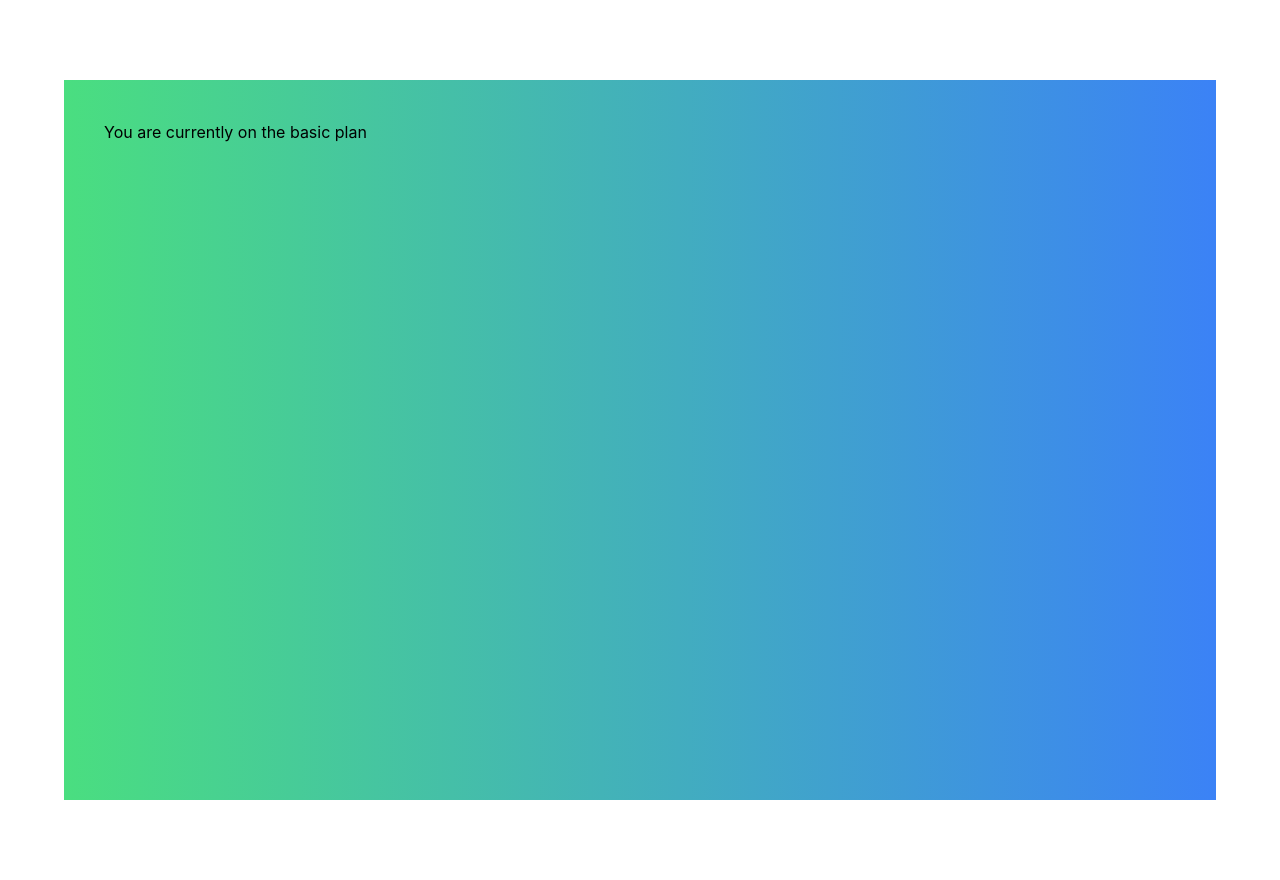
Repository: brandford7/music-player
Page: /subscription
The author's editor kept a copy of each file at every save. The page is drawn from the files as they stood at one save, then again after a run of saves.
The browser window is 1280 px wide. The pictures show the whole page.
The project was rebuilt for these pictures with package versions that can differ from the ones it lists, and the page was loaded fresh each time. The framework's server and built-in components were replaced by stand-ins that run in the browser. Also part of the build but not shown: next.config.js, components/Sidebar.jsx, components/UserAvatar.jsx, components/MusicButton.jsx, components/MusicCard.jsx, components/SongList.jsx, components/PlaylistComponent.jsx, components/LibraryComponent.jsx.

Above is the page before, as saved 2022-11-19 11:30:54.

After the next 3 saves:
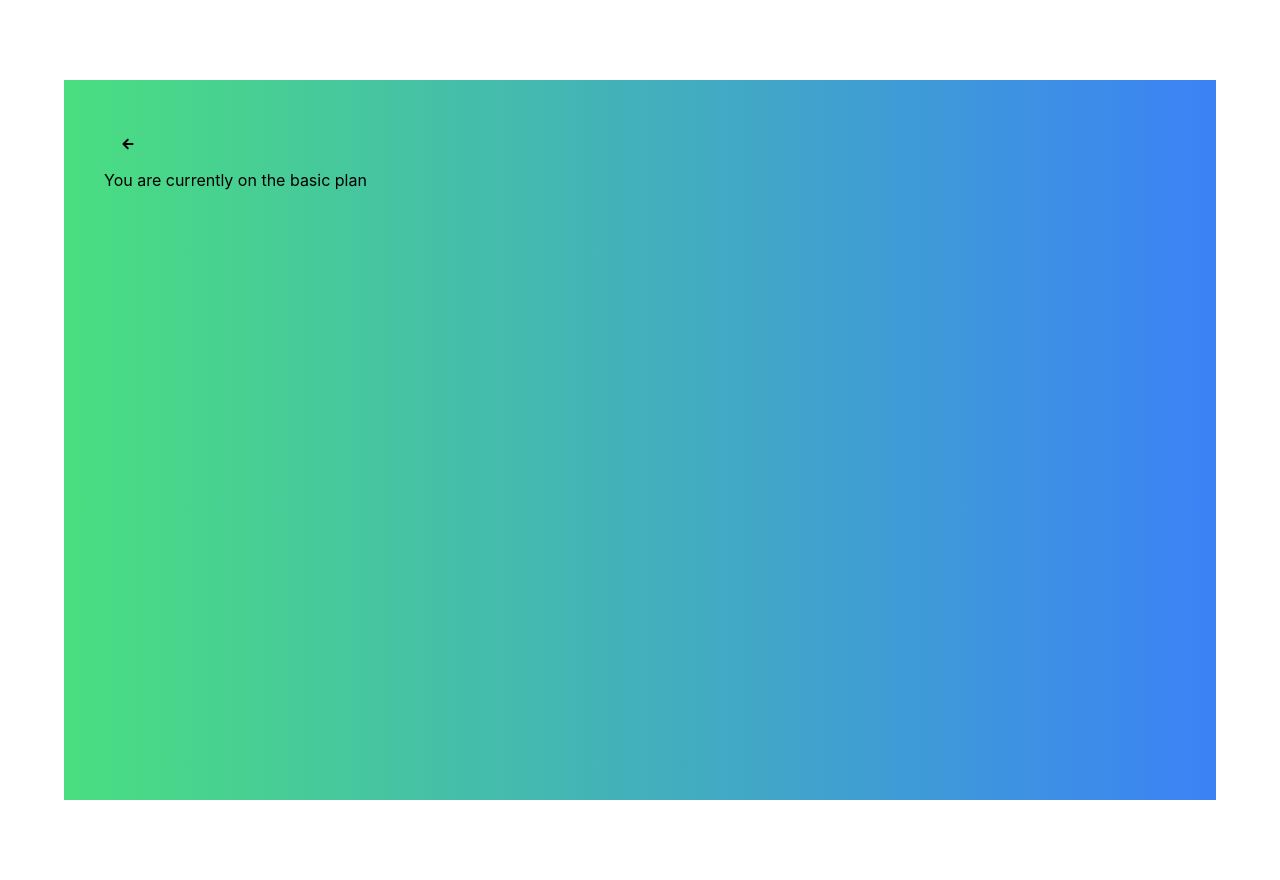
The 3 saves are shown as one change because 2 did not build or start.
The last was saved 31 s later.
--- a/components/SubscriptionComponent.jsx
+++ b/components/SubscriptionComponent.jsx
@@ -1,9 +1,18 @@
 import React from 'react'
+import { IoMdArrowRoundBack } from "react-icons/io";
+import { useRouter } from "next/router";
 
 const SubscriptionComponent = () => {
   return (
-    <div><section><h1>You are currently on the basic plan</h1></section></div>
-  )
+    <div>
+      <section>
+        <div className="m-4 cursor-pointer" onClick={() => router.back()}>
+          <IoMdArrowRoundBack />
+        </div>
+        <h1>You are currently on the basic plan</h1>
+      </section>
+    </div>
+  );
 }
 
 export default SubscriptionComponent
